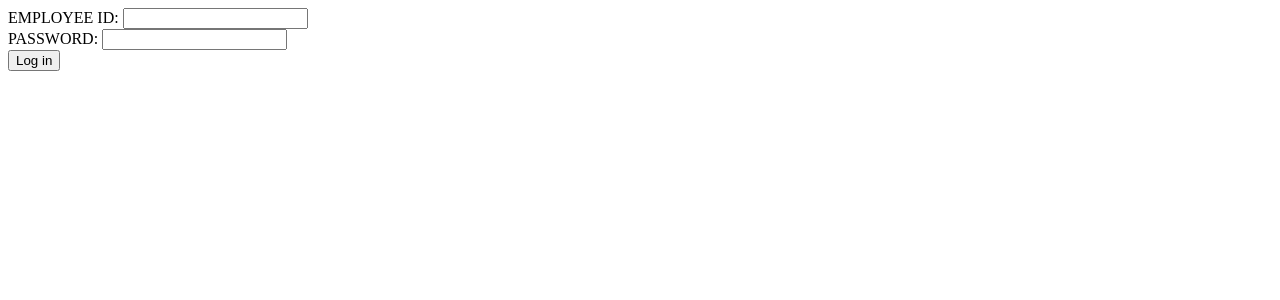
Repository: Catalyst-OTU/Java_Works
Page: jspSession2/WebContent/loginform.html
An editor plug-in stored every save of this project. The page is shown before and after the next save, followed by the edit.
The browser window is 1280 px wide. The pictures show the whole page.

Above is the page before, as saved 2021-01-29 19:02:26.

After the next save:
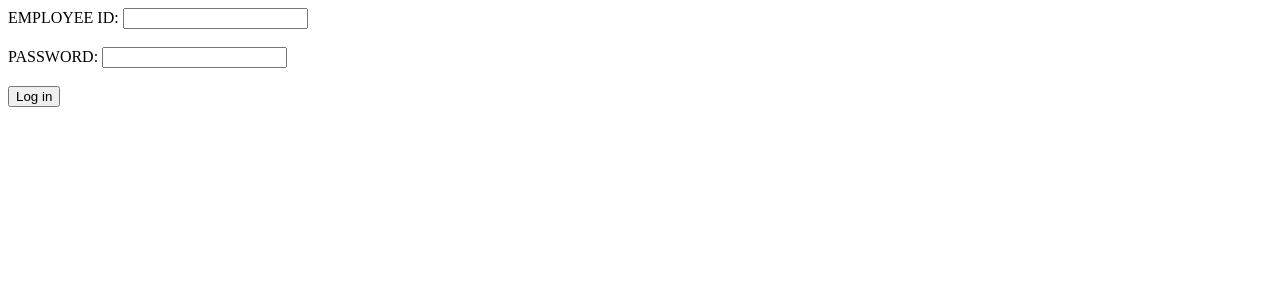
Saved 64 s later.
--- a/jspSession2/WebContent/loginform.html
+++ b/jspSession2/WebContent/loginform.html
@@ -8,9 +8,9 @@
 
 	<form action="checkold.jsp" method="post">
 		EMPLOYEE ID:
-			<input type="text" name="empid"> <br/>
+			<input type="text" name="empid"> <br/><br/>
 		PASSWORD:
-			<input type="password" name="pass"> <br/>
+			<input type="password" name="pass"> <br/><br/>
 
 			<input type="submit" value="Log in">
 
